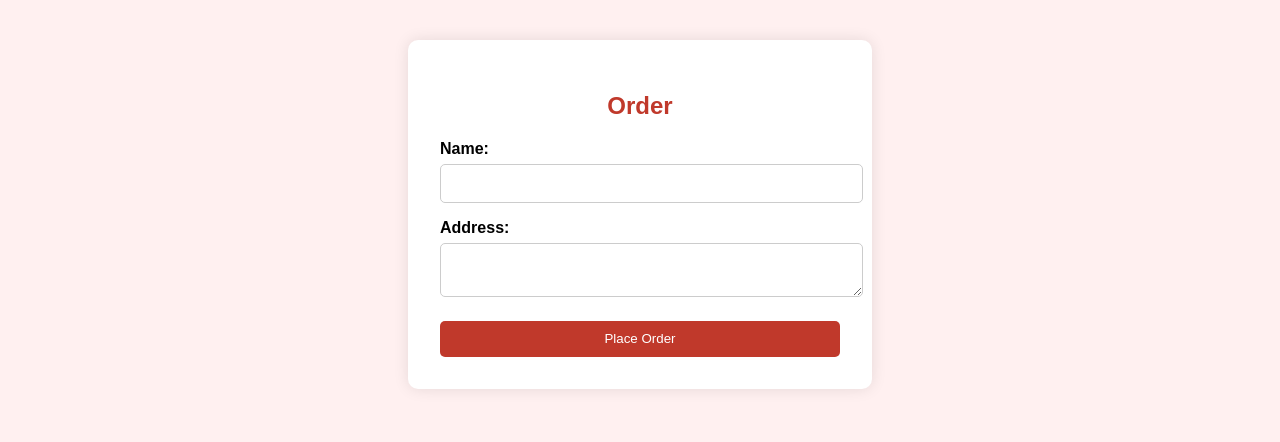
Repository: S12ahana/Food-Ordering-Website
Page: project1/order.html
An editor plug-in stored every save of this project. The page is shown before and after a run of saves, followed by the edit.
The browser window is 1280 px wide. The pictures show the whole page.

Above is the page before, as saved 2025-07-30 18:25:48.

### project1/order.html
<!DOCTYPE html>
<html lang="en">
<head>
  <meta charset="UTF-8">
  <title>Place Order</title>
  <style>
    body {
      font-family: sans-serif;
      background: #fff0f0;
      padding: 2em;
    }
    .form-container {
      background: #fff;
      padding: 2em;
      max-width: 400px;
      margin: auto;
      border-radius: 10px;
      box-shadow: 0 0 15px rgba(0,0,0,0.1);
    }
    h2 {
      color: #c0392b;
      text-align: center;
    }
    label {
      display: block;
      margin-top: 1em;
      font-weight: bold;
    }
    input, textarea {
      width: 100%;
      padding: 0.8em;
      margin-top: 0.5em;
      border: 1px solid #ccc;
      border-radius: 5px;
    }
    button {
      margin-top: 1.5em;
      padding: 0.8em;
      width: 100%;
      background-color: #c0392b;
      color: white;
      border: none;
      border-radius: 5px;
      cursor: pointer;
    }
  </style>
</head>
<body>
  <div class="form-container">
    <h2>Order <span id="dish-name"></span></h2>
    <form id="orderForm">
      <label>Name:</label>
      <input type="text" name="name" required>

      <label>Address:</label>
      <textarea name="address" required></textarea>

      <input type="hidden" name="dish" id="dishInput">

      <button type="submit">Place Order</button>
    </form>
  </div>

  <script>
    // Get dish name from URL query param
    const urlParams = new URLSearchParams(window.location.search);
    const dish = urlParams.get('dish');
    document.getElementById('dish-name').textContent = dish;
    document.getElementById('dishInput').value = dish;

    // Handle form submit
    document.getElementById('orderForm').addEventListener('submit', async function(e) {
      e.preventDefault();
      const formData = new FormData(e.target);
      const data = Object.fromEntries(formData.entries());

      const response = await fetch('http://localhost:5000/api/orders', {
        method: 'POST',
        headers: {
          'Content-Type': 'application/json'
        },
        body: JSON.stringify(data)
      });

      if (response.ok) {
        alert("Order placed successfully!");
        window.location.href = 'index.html';
      } else {
        alert("Error placing order.");
      }
    });
  </script>
</body>
</html>

After the next 2 saves:
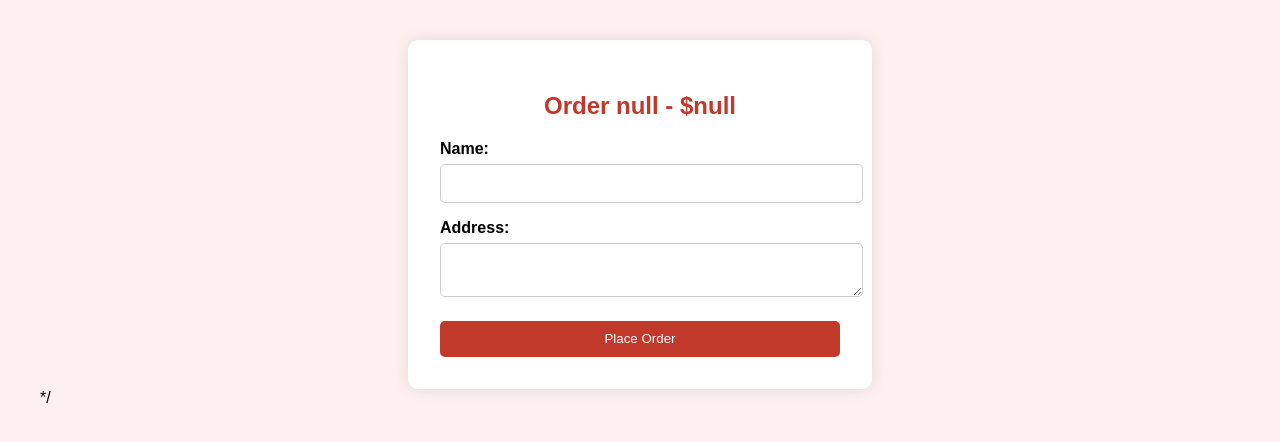
Console error: SyntaxError: Identifier 'urlParams' has already been declared
The 2 saves are shown as one change because they came seconds apart.
The last was saved 4 min 42 s later.
--- a/project1/order.html
+++ b/project1/order.html
@@ -61,6 +61,47 @@
     </form>
   </div>
 
+
+
+  <script>
+  // Get dish name and price from query string
+  const urlParams = new URLSearchParams(window.location.search);
+  const dish = urlParams.get('dish');
+  const price = urlParams.get('price');
+
+  document.getElementById('dish-name').textContent = `${dish} - $${price}`;
+  document.getElementById('dishInput').value = dish;
+
+  // Handle form submit
+  document.getElementById('orderForm').addEventListener('submit', async function(e) {
+    e.preventDefault();
+    const formData = new FormData(e.target);
+    const data = Object.fromEntries(formData.entries());
+
+    const order = {
+      name: data.name,
+      address: data.address,
+      items: [data.dish],
+      totalPrice: parseFloat(price)
+    };
+
+    const response = await fetch('http://localhost:5000/api/orders', {
+      method: 'POST',
+      headers: {
+        'Content-Type': 'application/json'
+      },
+      body: JSON.stringify(order)
+    });
+
+    if (response.ok) {
+      alert("Order placed successfully!");
+      window.location.href = 'index.html';
+    } else {
+      alert("Error placing order.");
+    }
+  });
+</script>
+*/
   <script>
     // Get dish name from URL query param
     const urlParams = new URLSearchParams(window.location.search);
